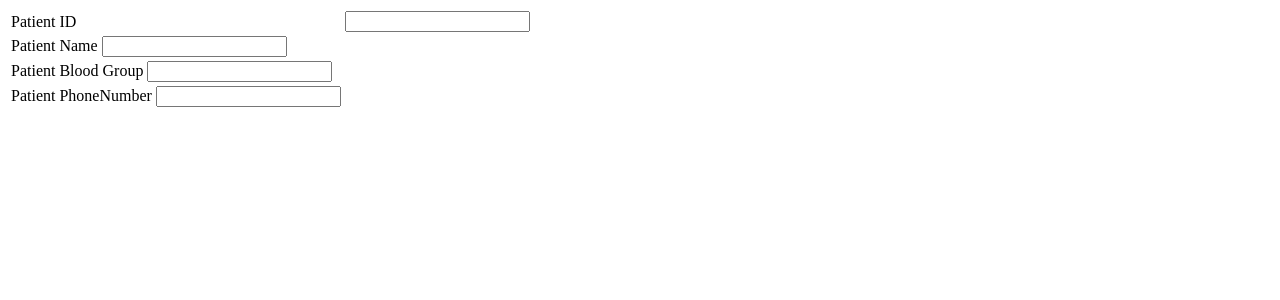
Repository: kishangk10/AllJava
Page: eclipse-workspace/project.patient/src/main/webapp/insert.html
These files come from the project's save history. The page is drawn as it stood at one moment and after the next save; the edit follows.
The browser window is 1280 px wide. The pictures show the whole page.

Above is the page before, as saved 2023-02-16 06:40:51.

After the next save:
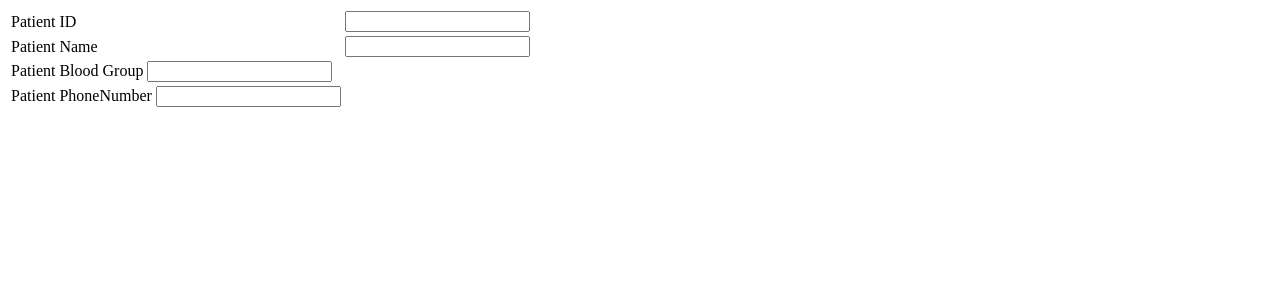
Saved 96 s later.
--- a/eclipse-workspace/project.patient/src/main/webapp/insert.html
+++ b/eclipse-workspace/project.patient/src/main/webapp/insert.html
@@ -17,9 +17,11 @@
 </td>
 </tr>
 <tr>
-
 <td>
-Patient Name <input type="text" name="pname">
+<label>Patient Name</label>
+</td>
+<td>
+<input type="text" name="pname">
 </td>
 </tr>
 <tr>
